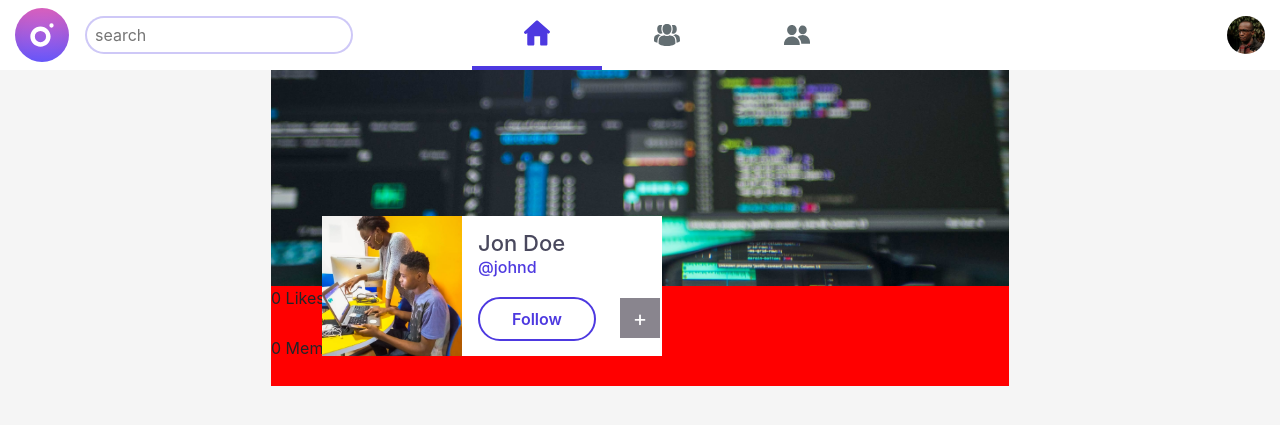
Repository: Flovet-stack/memic
Page: admin-profile.html
The author's editor kept a copy of each file at every save. The page is drawn from the files as they stood at one save, then again after the next save.
The browser window is 1280 px wide. The pictures show the whole page.
Some web fonts or font styles are not loaded; a fallback is used.

Above is the page before, as saved 2020-10-27 23:52:55.
Console error: TypeError: Cannot read properties of undefined (reading 'fn')

### admin-profile.html
<!DOCTYPE html>
<html lang="en">
<head>
    <meta charset="UTF-8">
    <meta name="viewport" content="width=device-width, initial-scale=1.0">
    <link rel="icon" type="image/png" sizes="32x32" href="assets/images/faceit.svg">
    <!-- custom styles -->
    <link rel="stylesheet" href="css/home.css">
    <link rel="stylesheet" href="css/admin-profile.css">

    <!-- custom fonts -->
    <link rel="stylesheet" href="/usr/share/fonts/opentype/malayalam/Manjari-Regular.otf">

    <!-- bootstrap css styles -->
    <link rel="stylesheet" href="dist/css/bootstrap.min.css">
    <title>memes | Home</title>
</head>
<body>
    <!-- start of the home page design template -->

    <!-- start of the head section of the page -->
    <div class="home-head container-fluid">
        <div class="row">
            <div class="home-head-sec-1">
                <div class="logo"><img src="assets/images/faceit.svg" alt=""></div>
                <form>
                    <input data-toggle="tooltip" title="search" type="text" name="" id="" placeholder="search">
                </form>
            </div>
            <div class="home-head-sec-2">
                <a data-toggle="tooltip" title="Home" class="active" href="#">
                    <img class="primary-icon" src="assets/icons/house.svg" alt="">
                    <img class="secondary-icon" src="assets/icons/house-primary.svg" alt="">
                </a>
                <a data-toggle="tooltip" title="Groups" href="#">
                    <img class="primary-icon" src="assets/icons/user-group.svg" alt="">
                    <img class="secondary-icon" src="assets/icons/user-group-primary.svg" alt="">
                </a>
                <a data-toggle="tooltip" title="Friends" href="#">
                    <img class="primary-icon" src="assets/icons/friends.svg" alt="">
                    <img class="secondary-icon" src="assets/icons/friends-primary.svg" alt="">
                </a>
            </div>
            <div class="home-head-sec-3">
                <div class="user-menu">
                    <img src="assets/images/avatar.jpg" alt="">
                </div>
            </div>
        </div>
    </div>
    <!-- end of the head section of the page -->
    <!-- start of the body section of the page -->
    <div class="home-body container-fluid">
        <div class="row">
            <div class="home-center">
                <div class="container-fluid">
                    <div class="profile-card">
                        <div class="profile-cover" style="background: url(assets/images/kevin-ku-w7ZyuGYNpRQ-unsplash.jpg);">
                            <div class="profile-info">
                                <div class="profile-info-pic"><img src="assets/images/Pic.jpg" alt=""></div>
                                <div class="profile-info-details">
                                    <h3>Jon Doe</h3>
                                    <h5>@johnd</h5>
                                    <button class="follow-btn">Follow</button>
                                </div>
                            </div>
                            <button class="change-cover-btn">+</button>
                        </div>
                    <div class="profile-stat">
                        <div class="static-stat">
                            <span class="stat-value">0</span>
                            <span class="stat-name">Likes</span>
                        </div>
                        <div class="static-stat">
                            <span class="stat-value">0</span>
                            <span class="stat-name">Memes</span>
                        </div>
                    </div>
                    </div>
                </div>
            </div>
        </div>
    </div>
    <!-- end of the head section of the page -->

    <!-- end of the home page design template -->

    <script src="dist/js/bootstrap.min.js"></script>
    <script src="https://code.jquery.com/jquery-3.5.1.slim.min.js"
        integrity="sha384-DfXdz2htPH0lsSSs5nCTpuj/zy4C+OGpamoFVy38MVBnE+IbbVYUew+OrCXaRkfj"
        crossorigin="anonymous"></script>
</body>
</html>

### css/home.css
@import 'main-styles.css';
@import 'user-card.css';
@import 'post-card.css';

.home-head {
    width: 100vw;
    height: 70px;
    /* background-color: var(--white-shade-1); */
    background-color: var(--white) !important;
    /* border-bottom: var(--border); */
    padding: var(--padding-1) var(--padding-3);
    position: fixed;
    z-index: 9;
}
.home-head .row {
    text-align: center;
    justify-content: space-between;
}
.home-head-sec-1 {
    width: calc((100vw - 740px) / 2);
    height: calc(70px - (var(--padding-1) * 2));
    display: flex;
}
.home-head-sec-1 .logo {
    height: 100%;
    width: auto;
    display: grid;
    align-items: center;
    justify-content: center;
}
.home-head-sec-1 .logo img {
    height: calc(70px - (var(--padding-1) * 2));
    width: calc(70px - (var(--padding-1) * 2));
}
.home-head-sec-1 form {
    height: 100%;
    width: auto;
    display: grid;
    align-items: center;
    margin-left: var(--padding-2);
}
.home-head-sec-1 form input {
    height: 70%;
    width: auto;
    display: grid;
    justify-content: center;
    outline: none;
    padding: 0 var(--padding-1);
    border: 2px solid var(--secondary-overlay);
    border-radius: var(--border-radius);
    transition-duration: var(--duration);
}
.home-head-sec-1 form input:focus {
    border: 3px solid var(--secondary-overlay);
    transition-duration: var(--duration);
    height: 85%;
}
.home-head-sec-2 {
    height: calc(70px - (var(--padding-1) * 2));
    max-width: 740px;
    width: 740px;
    display: flex;
    align-items: center;
    justify-content: center;
}
.home-head-sec-2 a {
    width: 130px;
    height: 100%;
    display: flex;
    align-items: center;
    justify-content: center;
    outline: none;
    border-radius: var(--border-radius);
    transition-duration: var(--duration);
}
.home-head-sec-2 a:hover {
    background-color: var(--white-shade-1);
    transition-duration: var(--duration);
}
.home-head-sec-2 a img{
    width: 20%;
}
.home-head-sec-3 {
    text-align: right;
    display: grid;
    align-content: center;
    /* background-color: red; */
    width: calc((100vw - 740px) / 2.5);
    height: calc(70px - (var(--padding-1) * 2));
}
.secondary-icon{
    display: none;
}
.home-head-sec-2 a.active {
    height: 70px !important;
    border-radius: 0 !important;
    background-color: transparent;
    border-bottom: 4px solid var(--secondary-color);
}
.home-head-sec-2 .active:hover {
    background-color: transparent !important;
}
.active .secondary-icon {
    display: block;
}
.active .primary-icon {
    display: none;
}
.home-head-sec-3 .user-menu img {
    width: calc(70px - (var(--padding-2) * 2));
    height: calc(70px - (var(--padding-2) * 2));
    border-radius: var(--circular-radius);
}
/* @media (min-width: 768px) {
  .container {
    max-width: 720px;
  }
}

@media (min-width: 992px) {
  .container {
    max-width: 960px;
  }
}

@media (min-width: 1200px) {
  .container {
    max-width: 1140px;
  }
} */

/* start of the home body section */
.home-body {
    width: 100vw;
    /* height: calc(100vh - 70px); */
}
.home-left {
    width: 20vw;
    height: calc(100vh - 70px);
    padding: var(--padding-2);
    position: fixed;
    top: 70px;
    left: 0;
    background-color: var(--white);
}
.home-center {
    /* border-top: var(--border); */
    position: absolute;
    left: 20vw;
    top: 70px;
    width: 60vw;
    height: auto;
    box-sizing: border-box !important;
}
.home-center-sub {
    margin: var(--padding-2) auto;
    width: 75% !important;
    min-width: 430px;
}
.home-right {
    width: 20vw;
    height: calc(100vh - 70px);
    background-color: var(--white);
    position: fixed;
    top: 70px;
    right: 0;
    padding: var(--padding-2);
}
/* end of the home body section */
/* start of the home left section */
.home-left .user-card {
    width: 100%;
}
.home-left .user-card:hover {
    background-color: var(--transparent-overlay);
}
.home-left .user-card .card-time {
    display: none;
}
#home-left-nav-1 {
    width: 100%;
    height: auto;
    margin-top: var(--padding-3) !important;
    padding: 0;
}
.home-left ul {
    width: 100%;
    height: auto;
}
.home-left .nav-item {
    list-style-type: none;
    width: 100%;
    height: auto;
}
.home-left .nav-link {
    width: 100%;
    height: auto;
    font-size: var(--font-size-2);
    border-radius: var(--border-radius);
    background-color: transparent;
    color: var(--text-color);
    font-weight: 500;
    display: flex;
    transition: var(--duration);
}
.home-left .nav-link:hover {
    background-color: var(--transparent-overlay);
    transition: var(--duration);
}
.home-left .nav-link .nav-link-icon {
    width: 15%;
    display: flex;
    justify-content: right;
    align-items: center;
}
.home-left .nav-link .nav-link-detail {
    width: 80% !important;
    /* background-color: rgba(172, 255, 47, 0.596); */
    display: grid;
    align-items: center;
}
.nav-link-detail-text {
    font-size: var(--font-size-2);
    line-height: 18px;
}
.nav-link-detail-info {
    font-size: calc(var(--font-size-1) - 2px);
    line-height: 15px;
    color: var(--secondary-color);
}
.nav-link-icon img {
    width: 40px;
    height: 40px;
}
.home-left hr {
    width: 100%;
    border: none;
    height: 3px;
    background-color: var(--white-shade-2);
}
#home-left-nav-2 h6 {
    color: var(--text-color);
    font-weight: 600;
}
#home-left-footer {
    width: 100%;
    height: au;
    position: absolute;
    top: 100%;
    transform: translateY(-100%);
}
#home-left-footer ul {
    width: 100%;
    height: auto;
    padding: 0 !important;
    padding: 0 5px;
}
#home-left-footer li {
    display: inline-block;
    list-style-type: none;
    color: var(--border-color);
}
#home-left-footer li::after {
    content: '.';
    position: absolute;
    bottom: 50%;
    padding-left: 5px;
}
#home-left-footer li:last-child::after {
    content: '';
}
#home-left-footer a {
    color: var(--dark-overlay);
    font-size: calc(var(--font-size-1) - 3px);
}
#home-left-footer a:hover {
    color: var(--dark-overlay)
}
/* end of the home left section */
/* Start of the status section */
.home-center-top {
    width: 59.2vw;
    height: 3px;
    background-color: var(--white-shade-2);
    position: fixed;
    margin: 0 !important;
    z-index: 9;
    /* padding-top: var(--padding-2); */
}
.status-section {
    width: auto;
    height: 250px;
    display: flex;
    margin-bottom: var(--padding-2);
    transition-duration: var(--duration);
    padding: 0 !important;
}
.status-section:hover {
    transition-duration: var(--duration);
}
.status {
    width: 160px;
    height: 100%;
    border-radius: var(--border-radius);
    background-color: var(--white-shade-2);
    margin-right: var(--padding-1);
    background-repeat: no-repeat !important;
    background-position: center !important;
    background-size: cover !important;
    transition-duration: var(--duration);
}
.status:hover {
    position: relative;
    transform: scale(1.03);
    z-index: 2;
    transition-duration: var(--duration);
}
.status:hover .status-sub {
    background-color: var(--secondary-overlay);
    transition-duration: var(--duration);
}
.status-sub {
    padding-top: var(--padding-2);
    width: 100%;
    height: 100%;
    border-radius: var(--border-radius);
    background: linear-gradient( 130deg, var(--dark-overlay), transparent);
    transition-duration: var(--duration);
}
.status-sub .user-card {
    margin: 0 auto;
    transform: scale(.9);
}
.status-sub .user-card-pic {
    border: 3px solid var(--secondary-color);
}
.status-sub .username,
.status-sub .card-time {
    color: var(--white);
}
/* end of the status section */
/* Start of the right sidebar section */
.home-right .event-section {
    width: 100%;
    height: auto;
}
.right-sidebar-event {
    width: 100%;
    height: auto;
    background-color: transparent;
    display: flex;
    /* transform: scale(.97); */
    border-radius: calc(var(--border-radius));
    transition-duration: var(--duration);
    text-decoration: none;
}
.right-sidebar-event:hover {
    background-color: var(--white-shade-1);
    transition-duration: var(--duration);
    text-decoration: none;
}
.right-sidebar-event-img {
    width: 35%;
    height: auto;
    transform: scale(.9);
}
.right-sidebar-event-img img {
    width: 100%;
    border-radius: calc(var(--border-radius));
}
.right-sidebar-event-details {
    width: 65%;
    display: grid;
    align-content: center;
    padding-left: var(--padding-1);
    color: var(--text-color)
}
.right-sidebar-event-details h5 {
    font-size: var(--font-size-2);
    line-height: .5;
    font-weight: 600;
}
.right-sidebar-event-details h6 {
    font-size: var(--font-size-1);
}
.home-right hr {
    width: 100%;
    border: none;
    height: 3px;
    background-color: var(--white-shade-2);
}
.home-right-notification {
    width: 100%;
    height: auto;
}
.home-right-notification h6 {
    margin-top: var(--padding-2);
    color: var(--text-color);
}
.notification-reply {
    margin-top: var(--padding-1);
    width: 100%;
    height: auto;
    display: flex;
    justify-content: space-between;
}
.notification-reply button {
    width: 49%;
    height: 40px;
    border-radius: var(--border-radius);
    border: none;
    color: var(--text-color);
    transition-duration: var(--duration);
    font-weight: 600;
    outline: none !important;
}
.notification-reply button:hover {
    background-color: var(--white-shade-1);
    transition-duration: var(--duration);
}
.notification-reply button.confirm-request {
    background-color: var(--secondary-color);
    color: var(--white);
    transition-duration: var(--duration);
}
.notification-reply button.confirm-request:hover {
    background-color: var(--secondary-overlay);
    transition-duration: var(--duration);
    color: var(--text-color);
}
/* end of the right sidebar section */

@media (max-width: 768px) {
    .home-head-sec-2 {
        margin: 0 !important;
        width: 340px;
    }
    .home-head-sec-1 form {
        display: none;
    }
    .home-head-sec-1 ,
    .home-head-sec-3 {
        width: calc((100vw - 340px) / 2.5);
    }
    .home-head-sec-1 .logo img {
        height: calc(70px - (var(--padding-2) * 2));
        width: calc(70px - (var(--padding-2) * 2));
    }
    .status-section {
        display: none;
    }
    .home-center {
        width: 100vw;
        position: absolute;
        left: 0;
    }
    .post-card {
        width: 100%;
        margin: var(--padding-2) auto;
    }
    .home-right,
    .home-left {
        display: none;
        width: 0px;
    }
}

@media (min-width: 992px) {
    /* .post-card {
        width: 960px;
    } */
}

@media (min-width: 1200px) {
}

### css/admin-profile.css
.profile-card {
    width: 100%;
    height: auto;
    background-color: red;
}
.profile-cover {
    width: 100%;
    height: 30vh;
    background-color: blue;
    background-size: 100% !important;
    background-position: center !important;
}
.profile-info {
    width: 340px;
    height: 140px;
    background-color: var(--white);
    position: relative;
    top: 100%;
    transform: translate(15%, -50%);
    display: flex;
    /* border-radius: 70px; */
    /* border-top-right-radius: 70px;
    border-bottom-right-radius: 70px; */
}
.profile-info-pic {
    width: 140px;
    height: 140px;
    background-color: var(--secondary-color);
}
.profile-info-pic img {
    width: 100%;
    height: 100%;
    /* border-top-right-radius: var(--circular-radius);
    border-bottom-right-radius: var(--circular-radius); */
}
.profile-info-details {
    padding: var(--padding-2);
}
.profile-info-details h3 {
    color:var(--text-color);
    font-size: var(--font-size-4);
    line-height: 1;
}
.profile-info-details h5 {
    color:var(--secondary-color);
    font-size: var(--font-size-1);
    line-height: .7;
}
.profile-info-details .follow-btn {
    margin-top: var(--padding-2);
}
.change-cover-btn {
    width: 40px;
    height: 40px;
    position: relative;
    transform: translate(-50%, -50%);
    left: 50%;
    top: 50%;
    border: none;
    background-color: var(--dark-overlay);
    color: var(--white);
    font-size: 22px;
    transition-duration: var(--duration);
    outline: none !important;
}
.change-cover-btn:hover {
    background-color: #000;
    transition-duration: var(--duration);
}
.profile-stat {
    width: 100%;
    height: 100px;
    background-color: red;
    display: grid;
    align-itemsc

}

### css/main-styles.css
:root {
    /* color palette */
    --white: #fff;
    /* --white: #1e272e !important; */
    --white-shade-0: rgb(253, 253, 253);
    --white-shade-1: #f0f8ff;
    --white-shade-2: #ececec79;
    --white-shade-3: #d0d0d0;
    --border-color: #b2bec3;
    --primary-color: #636E72;
    /* --secondary-color: #6c5ce7; */
    --secondary-color: #4d39e0;
    --secondary-overlay: #4d39e046;
    /* --secondary-overlay: #6c5ce746; */
    --red: #d63031;
    /* --red: #970f3c; */
    --dark-overlay: rgba(10, 2, 19, 0.479);
    --transparent-overlay: #ebf6ff;
    --transparent-overlay-2: #d0d0d059;

    /* text-editing */
    --font-size-1: 16px;
    --font-size-2: 18px;
    --font-size-3: 20px;
    --font-size-4: 22px;
    --normal: 400;
    --light: 200;
    --thick: 600;
    --font-family: Manjari;
    --text-color: rgb(73, 72, 93);
    /* --text-color: #fff; */

    /* box-styling */
    --padding-1: .5rem;
    --padding-2: 1rem;
    --padding-3: 2rem;
    --border-radius: 50px;
    --circular-radius: 50%;
    --border: 2px solid var(--white-shade-2);

    /* animations */
    --duration: .5s;
}

body {
    box-sizing: border-box;
    font-family: var(--font-family);
    overflow-x: hidden;
    background-color: var(--white-shade-2) !important;
}
.row {
    margin-right: 0 !important;
    margin-left: 0 !important;
}
a {
    outline: none !important;
}
.follow-btn {
    border: 2px solid var(--secondary-color);
    background: var(--whi);
    padding: var(--padding-1) var(--padding-3);
    border-radius: var(--border-radius);
    color: var(--secondary-color);
    transition-duration: var(--duration);
    font-weight: 600;
    outline: none !important;
}
.follow-btn:hover {
    background-color: var(--secondary-color);
    color: var(--white);
    transition-duration: var(--duration);
}

### css/user-card.css
/* start of the user card styling */
.user-card {
    width: 150px;
    height: 50px;
    display: flex;
    color: var(--white);
    text-decoration: none;
    border-radius: var(--border-radius);
    transition-duration: var(--duration);
}
.user-card:hover {
    text-decoration: none;
    background-color: var(--transparent-overlay-2);
    transition-duration: var(--duration);
}
.user-card-pic {
    width: 50px;
    height: 50px;
    border-radius: var(--circular-radius);
    background-repeat: no-repeat !important;
    background-position: center !important;
    background-size: cover !important;
}
.user-card-detail {
    width: auto;
    height: 50px;
    padding-left: var(--padding-1);
    color: var(--text-color);
    display: grid;
    align-content: center;
}
.username {
    font-size: var(--font-size-2);
    font-weight: 600;
}
.card-time {
    font-size: var(--font-size-1);
    color: var(--secondary-color);
}
/* end of the user card styling */

### css/post-card.css
.post-card {
    width: 80%;
    margin: var(--padding-2) auto;
    background-color: var(--white);
    border-radius: var(--border-radius);
    padding: var(--padding-2) 0;
    /* background-color: var(--transparent-overlay); */
    background-color: var(--white);
    border: var(--border);
}
.post-card .user-card {
    margin-left: var(--padding-2);
}
/* .post-card .user-card:hover {
    background-color: var(--secondary-overlay);
} */
.post-card img {
    width: 100%;
}
.post-img {
    transform: scale(.97);
    border-radius: var(--border-radius) !important;
    background-color: var(--transparent-overlay);
}
.post-card-footer {
    margin-top: var(--padding-1);
    padding: 0 var(--padding-2);
    width: 100%;
    display: flex;
    height: auto;
}
.react,
.actions {
    width: 50%;
    height: 50px;
    display: grid;
    align-items: center;
}
.react-sub,
.actions-sub {
    width: 100%;
    height: 100%;
    display: flex;
    text-align: left;
}
.actions-sub {
    flex-direction: row-reverse;
}
.actions-sub a {
    flex-direction: row-reverse;
    margin-right: 0 !important;
    margin-left: var(--padding-1) !important;
}
.react-sub a,
.actions-sub a {
    width: 50px;
    height: 50px;
    background-color: transparent;
    margin-right: var(--padding-1);
    display: flex;
    align-items: center;
    justify-content: center;
    border-radius: var(--circular-radius);
}
.react-sub a img,
.actions-sub a img {
    width: 60%;
    height: auto;
    padding: 0 !important;
    transition-duration: var(--duration);
    border-radius: none !important;
}
.react-sub a:hover,
.actions-sub a:hover {
    background-color: var(--secondary-overlay);
    transition-duration: var(--duration);
}
.react-sub .dislike img{
    transform: rotatez(180deg) !important;
}
.share-options {
    height: auto;
    /* width: 0px; */
    width: calc((30px * 4) + ((var(--padding-1) * 2) * 6));
    background-color: var(--white);
    border-radius: var(--border-radius);
    padding:  var(--padding-1);
    /* box-shadow: 4px 4px 10px 3px var(--white-shade-2); */
    position: absolute;
    /* left: 100px; */
    margin-top: -60px;
    /* margin-left: 200px; */
    transform: scale(.9);
    transition-duration: 1s;
}
.share-options ul {
    width: auto;
    padding: 0 !important;
    margin: 0 !important;
}
.share-options li {
    width: auto;
    display: inline-block;
}
.share-options a{
    padding: var(--padding-1);
    /* background-color: red; */
}
.share-options a:hover {
    background-color: transparent;
}
.share-options a img{
    width: 30px;
    height: 30px;
    padding: .2rem !important;
    transition-duration: var(--duration);
}
.share-options a img:hover {
    transform: scale(1.3);
    transition-duration: var(--duration);
}
.share-icon {
    transition-duration: 1s
}
.share-icon:hover ~ .share-options {
    transition-duration: 1s;
    transform: scale(1);
}

.comment-section {
    width: 100%;
    padding: 0 var(--padding-2);
}
.comment-section h4 {
    font-size: var(--font-size-1);
    color: var(--text-color);
    font-weight: 600;
    margin-bottom: var(--padding-2);
}
.comment-form {
    display: flex;
    justify-content: space-between;
    margin-bottom: var(--padding-3);
}
.comment-form img {
    width: 50px;
    height: 50px;
    padding: 0 !important;
    border-radius: var(--circular-radius);
    margin-right: var(--padding-2);
}
.comment-form textarea {
    width: 75%;
    height: 50px;
    outline: none;
    font-size: var(--font-size-2);
    color: var(--text-color);
    padding: var(--padding-1) var(--padding-2);
    border: 1px solid var(--white);
    border-radius: var(--border-radius);
    transition-duration: var(--duration);
    margin-right: var(--padding-1);
    background-color: var(--white-shade-2);
}
.comment-form textarea:hover {
    border: 1px solid var(--secondary-overlay);
    transition-duration: var(--duration);
}
.comment-form textarea:focus {
    border: 1px solid var(--secondary-overlay);
    background-color: var(--white);
    transition-duration: var(--duration);
}
.comment-form button {
    outline: none !important;
    background-color: var(--secondary-overlay);
    border: none;
    border-radius: var(--circular-radius);
    color: var(--white);
    transition-duration: var(--duration);
}
.comment-form button:hover {
    outline: none;
    background-color: var(--secondary-color);
    transition-duration: var(--duration);
}
.comment {
    width: 95%;
    margin: 0 auto;
    height: auto;
    /* border-bottom: var(--border); */
}
.comment .user-card {
    margin: 0 !important;
}
.comment .user-card-pic {
    width: 30px;
    height: 30px;
    margin-top: 10px;
}
.comment .username {
    font-size: var(--font-size-1);
    line-height: .5;
}
.comment .card-time {
    font-size: calc(var(--font-size-1) - 2px) !important;
    /* line-height: .5; */
}
.comment .comment-content p {
    width: auto;
    height: auto;
    color: var(--text-color);
    margin: 0 calc(var(--padding-1) * 7);
    background-color: var(--white-shade-1);
    padding: var(--padding-1) var(--padding-3);
    border-radius: var(--border-radius);

    /* line-height: 5px; */
}
.comment .comment-like {
    height: 20px;
    font-size: calc(var(--font-size-1) - 2px);
    padding: 0 var(--padding-1);
    border-radius: var(--border-radius);
    position: relative;
    border: none;
    outline: none;
    /* bottom: 100%; */
    left: calc(100% - ((var(--padding-1) * 7) + 1.5rem));
    background-color: var(--secondary-color);
    color: var(--white);
    transition-duration: var(--duration);
    transform: translateY(-125%);
    display: flex;
    align-items: center;
    justify-content: center;
}
.comment .comment-like:hover {
    padding: 0 calc(var(--padding-1) + .1rem);
    transition-duration: var(--duration);
    background-color: var(--secondary-overlay);
}
.comment .comment-like img {
    width: 15px;
    height: 15px;
    margin-left: .3rem;
    transform: translateY(-1.5px);
}

/* @media (min-width: 768px) {
}

@media (min-width: 992px) {
}

@media (min-width: 1200px) {
} */

Loaded but not shown: dist/css/bootstrap.min.css (library); dist/js/bootstrap.min.js (library)

After the next save:
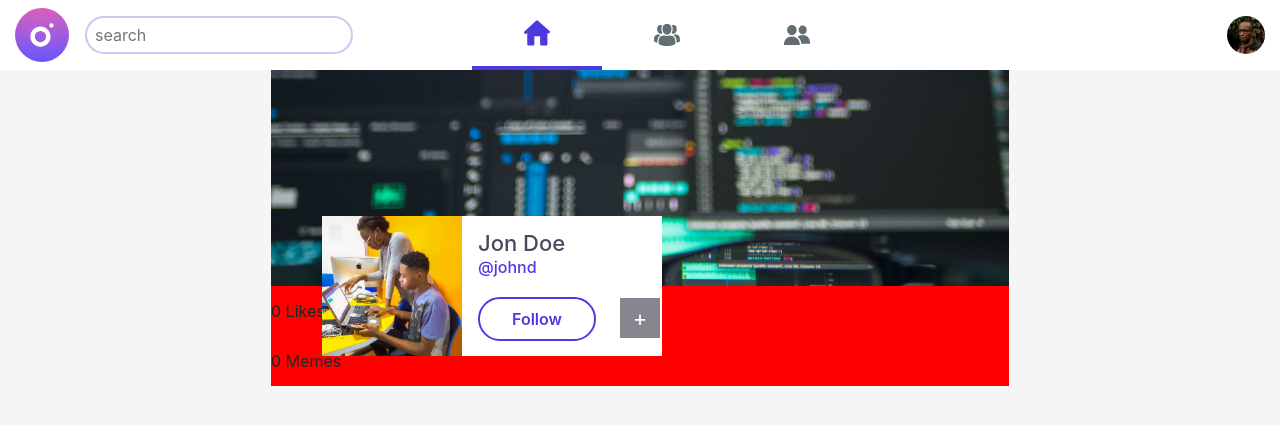
Saved 5 s later.
--- a/css/admin-profile.css
+++ b/css/admin-profile.css
@@ -72,6 +72,5 @@
     height: 100px;
     background-color: red;
     display: grid;
-    align-itemsc
-
+    align-items: center;
 }
